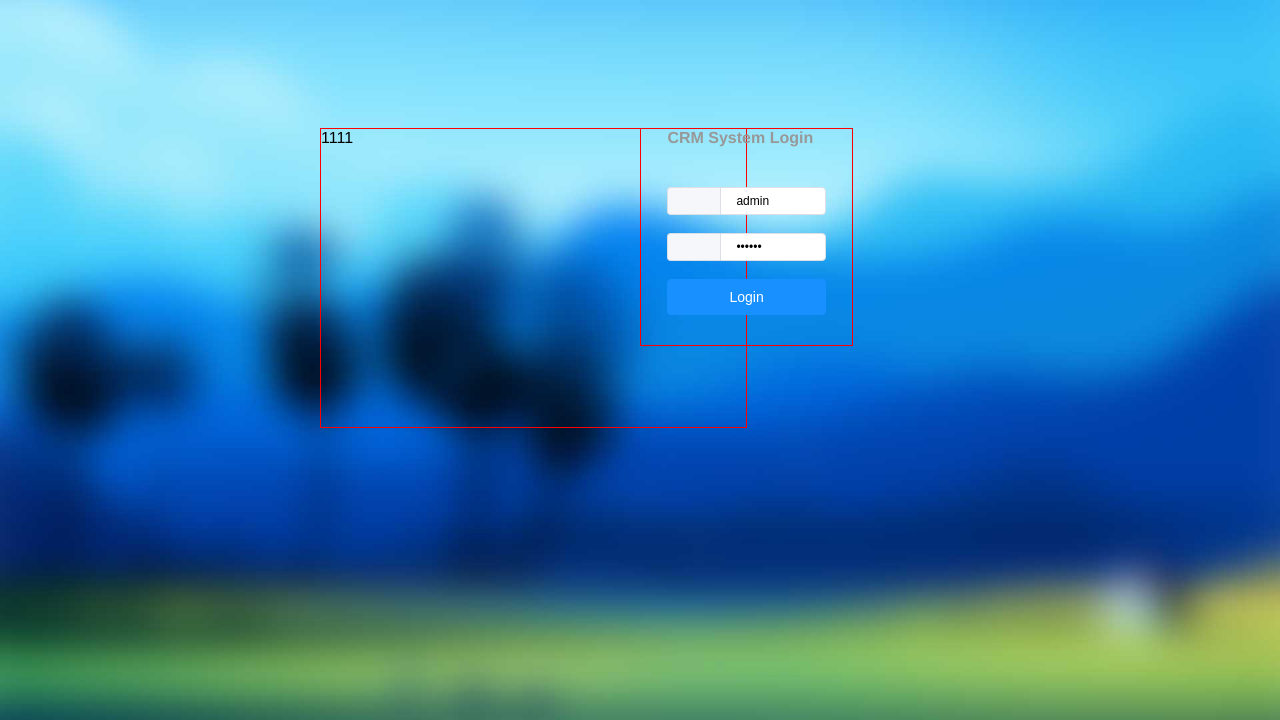
Repository: JasonMMM/ty-crm-sys
Page: /
The author's editor kept a copy of each file at every save. The page is drawn from the files as they stood at one save, then again after a run of saves.
The browser window is 1280 px wide. The pictures show the whole page.
The project was rebuilt for these pictures with package versions that can differ from the ones it lists, and the page was loaded fresh each time. Also part of the build but not shown: vue.config.js, src/components/RightPanel/index.vue, src/layout/components/AppMain.vue, src/utils/i18n.js, src/components/Breadcrumb/index.vue, src/components/Hamburger/index.vue, src/components/ErrorLog/index.vue, src/components/Screenfull/index.vue and 18 more.

Above is the page before, as saved 2020-07-24 09:16:03.

### src/styles/element-variables.scss
/**
* I think element-ui's default theme color is too light for long-term use.
* So I modified the default color and you can modify it to your liking.
**/

/* theme color */
$--color-primary: #1890ff;
$--color-success: #13ce66;
$--color-warning: #ffba00;
$--color-danger: #ff4949;
// $--color-info: #1E1E1E;

$--button-font-weight: 400;

// $--color-text-regular: #1f2d3d;

$--border-color-light: #dfe4ed;
$--border-color-lighter: #e6ebf5;

$--table-border: 1px solid #dfe6ec;

/* icon font path, required */
$--font-path: "~element-ui/lib/theme-chalk/fonts";

@import "~element-ui/packages/theme-chalk/src/index";

// the :export directive is the magic sauce for webpack
// https://www.bluematador.com/blog/how-to-share-variables-between-js-and-sass
:export {
  theme: $--color-primary;
}

### src/styles/index.scss
@import './variables.scss';
@import './mixin.scss';
@import './transition.scss';
@import './element-ui.scss';
@import './sidebar.scss';
@import './btn.scss';

body {
  height: 100%;
  -moz-osx-font-smoothing: grayscale;
  -webkit-font-smoothing: antialiased;
  text-rendering: optimizeLegibility;
  font-family: Helvetica Neue, Helvetica, PingFang SC, Hiragino Sans GB, Microsoft YaHei, Arial, sans-serif;
}

label {
  font-weight: 700;
}

html {
  height: 100%;
  box-sizing: border-box;
}

#app {
  height: 100%;
}

*,
*:before,
*:after {
  box-sizing: inherit;
}

.no-padding {
  padding: 0px !important;
}

.padding-content {
  padding: 4px 0;
}

a:focus,
a:active {
  outline: none;
}

a,
a:focus,
a:hover {
  cursor: pointer;
  color: inherit;
  text-decoration: none;
}

div:focus {
  outline: none;
}

.fr {
  float: right;
}

.fl {
  float: left;
}

.pr-5 {
  padding-right: 5px;
}

.pl-5 {
  padding-left: 5px;
}

.block {
  display: block;
}

.pointer {
  cursor: pointer;
}

.inlineBlock {
  display: block;
}

.clearfix {
  &:after {
    visibility: hidden;
    display: block;
    font-size: 0;
    content: " ";
    clear: both;
    height: 0;
  }
}

aside {
  background: #eef1f6;
  padding: 8px 24px;
  margin-bottom: 20px;
  border-radius: 2px;
  display: block;
  line-height: 32px;
  font-size: 16px;
  font-family: -apple-system, BlinkMacSystemFont, "Segoe UI", Roboto, Oxygen, Ubuntu, Cantarell, "Fira Sans", "Droid Sans", "Helvetica Neue", sans-serif;
  color: #2c3e50;
  -webkit-font-smoothing: antialiased;
  -moz-osx-font-smoothing: grayscale;

  a {
    color: #337ab7;
    cursor: pointer;

    &:hover {
      color: rgb(32, 160, 255);
    }
  }
}

//main-container全局样式
.app-container {
  padding: 20px;
}

.components-container {
  margin: 30px 50px;
  position: relative;
}

.pagination-container {
  margin-top: 30px;
}

.text-center {
  text-align: center
}

.sub-navbar {
  height: 50px;
  line-height: 50px;
  position: relative;
  width: 100%;
  text-align: right;
  padding-right: 20px;
  transition: 600ms ease position;
  background: linear-gradient(90deg, rgba(32, 182, 249, 1) 0%, rgba(32, 182, 249, 1) 0%, rgba(33, 120, 241, 1) 100%, rgba(33, 120, 241, 1) 100%);

  .subtitle {
    font-size: 20px;
    color: #fff;
  }

  &.draft {
    background: #d0d0d0;
  }

  &.deleted {
    background: #d0d0d0;
  }
}

.link-type,
.link-type:focus {
  color: #337ab7;
  cursor: pointer;

  &:hover {
    color: rgb(32, 160, 255);
  }
}

.filter-container {
  padding-bottom: 10px;

  .filter-item {
    display: inline-block;
    vertical-align: middle;
    margin-bottom: 10px;
  }
}

//refine vue-multiselect plugin
.multiselect {
  line-height: 16px;
}

.multiselect--active {
  z-index: 1000 !important;
}

### src/utils/error-log.js
import Vue from 'vue'
import store from '@/store'
import { isString, isArray } from '@/utils/validate'
import settings from '@/settings'

// you can set in settings.js
// errorLog:'production' | ['production', 'development']
const { errorLog: needErrorLog } = settings

function checkNeed() {
  const env = process.env.NODE_ENV
  if (isString(needErrorLog)) {
    return env === needErrorLog
  }
  if (isArray(needErrorLog)) {
    return needErrorLog.includes(env)
  }
  return false
}

if (checkNeed()) {
  Vue.config.errorHandler = function(err, vm, info, a) {
  // Don't ask me why I use Vue.nextTick, it just a hack.
  // detail see https://forum.vuejs.org/t/dispatch-in-vue-config-errorhandler-has-some-problem/23500
    Vue.nextTick(() => {
      store.dispatch('errorLog/addErrorLog', {
        err,
        vm,
        info,
        url: window.location.href
      })
      console.error(err, info)
    })
  }
}

### src/styles/mixin.scss
@mixin clearfix {
  &:after {
    content: "";
    display: table;
    clear: both;
  }
}

@mixin scrollBar {
  &::-webkit-scrollbar-track-piece {
    background: #d3dce6;
  }

  &::-webkit-scrollbar {
    width: 6px;
  }

  &::-webkit-scrollbar-thumb {
    background: #99a9bf;
    border-radius: 20px;
  }
}

@mixin relative {
  position: relative;
  width: 100%;
  height: 100%;
}

@mixin pct($pct) {
  width: #{$pct};
  position: relative;
  margin: 0 auto;
}

@mixin triangle($width, $height, $color, $direction) {
  $width: $width/2;
  $color-border-style: $height solid $color;
  $transparent-border-style: $width solid transparent;
  height: 0;
  width: 0;

  @if $direction==up {
    border-bottom: $color-border-style;
    border-left: $transparent-border-style;
    border-right: $transparent-border-style;
  }

  @else if $direction==right {
    border-left: $color-border-style;
    border-top: $transparent-border-style;
    border-bottom: $transparent-border-style;
  }

  @else if $direction==down {
    border-top: $color-border-style;
    border-left: $transparent-border-style;
    border-right: $transparent-border-style;
  }

  @else if $direction==left {
    border-right: $color-border-style;
    border-top: $transparent-border-style;
    border-bottom: $transparent-border-style;
  }
}

### src/styles/transition.scss
// global transition css

/* fade */
.fade-enter-active,
.fade-leave-active {
  transition: opacity 0.28s;
}

.fade-enter,
.fade-leave-active {
  opacity: 0;
}

/* fade-transform */
.fade-transform-leave-active,
.fade-transform-enter-active {
  transition: all .5s;
}

.fade-transform-enter {
  opacity: 0;
  transform: translateX(-30px);
}

.fade-transform-leave-to {
  opacity: 0;
  transform: translateX(30px);
}

/* breadcrumb transition */
.breadcrumb-enter-active,
.breadcrumb-leave-active {
  transition: all .5s;
}

.breadcrumb-enter,
.breadcrumb-leave-active {
  opacity: 0;
  transform: translateX(20px);
}

.breadcrumb-move {
  transition: all .5s;
}

.breadcrumb-leave-active {
  position: absolute;
}

### src/styles/element-ui.scss
// cover some element-ui styles

.el-breadcrumb__inner,
.el-breadcrumb__inner a {
  font-weight: 400 !important;
}

.el-upload {
  input[type="file"] {
    display: none !important;
  }
}

.el-upload__input {
  display: none;
}

.cell {
  .el-tag {
    margin-right: 0px;
  }
}

.small-padding {
  .cell {
    padding-left: 5px;
    padding-right: 5px;
  }
}

.fixed-width {
  .el-button--mini {
    padding: 7px 10px;
    min-width: 60px;
  }
}

.status-col {
  .cell {
    padding: 0 10px;
    text-align: center;

    .el-tag {
      margin-right: 0px;
    }
  }
}

// to fixed https://github.com/ElemeFE/element/issues/2461
.el-dialog {
  transform: none;
  left: 0;
  position: relative;
  margin: 0 auto;
}

// refine element ui upload
.upload-container {
  .el-upload {
    width: 100%;

    .el-upload-dragger {
      width: 100%;
      height: 200px;
    }
  }
}

// dropdown
.el-dropdown-menu {
  a {
    display: block
  }
}

// fix date-picker ui bug in filter-item
.el-range-editor.el-input__inner {
  display: inline-flex !important;
}

// to fix el-date-picker css style
.el-range-separator {
  box-sizing: content-box;
}

### src/styles/sidebar.scss
#app {

  .main-container {
    min-height: 100%;
    transition: margin-left .28s;
    margin-left: $sideBarWidth;
    position: relative;
  }

  .sidebar-container {
    transition: width 0.28s;
    width: $sideBarWidth !important;
    background-color: $menuBg;
    height: 100%;
    position: fixed;
    font-size: 0px;
    top: 0;
    bottom: 0;
    left: 0;
    z-index: 1001;
    overflow: hidden;

    // reset element-ui css
    .horizontal-collapse-transition {
      transition: 0s width ease-in-out, 0s padding-left ease-in-out, 0s padding-right ease-in-out;
    }

    .scrollbar-wrapper {
      overflow-x: hidden !important;
    }

    .el-scrollbar__bar.is-vertical {
      right: 0px;
    }

    .el-scrollbar {
      height: 100%;
    }

    &.has-logo {
      .el-scrollbar {
        height: calc(100% - 50px);
      }
    }

    .is-horizontal {
      display: none;
    }

    a {
      display: inline-block;
      width: 100%;
      overflow: hidden;
    }

    .svg-icon {
      margin-right: 16px;
    }

    .sub-el-icon {
      margin-right: 12px;
      margin-left: -2px;
    }

    .el-menu {
      border: none;
      height: 100%;
      width: 100% !important;
    }

    // menu hover
    .submenu-title-noDropdown,
    .el-submenu__title {
      &:hover {
        background-color: $menuHover !important;
      }
    }

    .is-active>.el-submenu__title {
      color: $subMenuActiveText !important;
    }

    & .nest-menu .el-submenu>.el-submenu__title,
    & .el-submenu .el-menu-item {
      min-width: $sideBarWidth !important;
      background-color: $subMenuBg !important;

      &:hover {
        background-color: $subMenuHover !important;
      }
    }
  }

  .hideSidebar {
    .sidebar-container {
      width: 54px !important;
    }

    .main-container {
      margin-left: 54px;
    }

    .submenu-title-noDropdown {
      padding: 0 !important;
      position: relative;

      .el-tooltip {
        padding: 0 !important;

        .svg-icon {
          margin-left: 20px;
        }

        .sub-el-icon {
          margin-left: 19px;
        }
      }
    }

    .el-submenu {
      overflow: hidden;

      &>.el-submenu__title {
        padding: 0 !important;

        .svg-icon {
          margin-left: 20px;
        }

        .sub-el-icon {
          margin-left: 19px;
        }

        .el-submenu__icon-arrow {
          display: none;
        }
      }
    }

    .el-menu--collapse {
      .el-submenu {
        &>.el-submenu__title {
          &>span {
            height: 0;
            width: 0;
            overflow: hidden;
            visibility: hidden;
            display: inline-block;
          }
        }
      }
    }
  }

  .el-menu--collapse .el-menu .el-submenu {
    min-width: $sideBarWidth !important;
  }

  // mobile responsive
  .mobile {
    .main-container {
      margin-left: 0px;
    }

    .sidebar-container {
      transition: transform .28s;
      width: $sideBarWidth !important;
    }

    &.hideSidebar {
      .sidebar-container {
        pointer-events: none;
        transition-duration: 0.3s;
        transform: translate3d(-$sideBarWidth, 0, 0);
      }
    }
  }

  .withoutAnimation {

    .main-container,
    .sidebar-container {
      transition: none;
    }
  }
}

// when menu collapsed
.el-menu--vertical {
  &>.el-menu {
    .svg-icon {
      margin-right: 16px;
    }
    .sub-el-icon {
      margin-right: 12px;
      margin-left: -2px;
    }
  }

  .nest-menu .el-submenu>.el-submenu__title,
  .el-menu-item {
    &:hover {
      // you can use $subMenuHover
      background-color: $menuHover !important;
    }
  }

  // the scroll bar appears when the subMenu is too long
  >.el-menu--popup {
    max-height: 100vh;
    overflow-y: auto;

    &::-webkit-scrollbar-track-piece {
      background: #d3dce6;
    }

    &::-webkit-scrollbar {
      width: 6px;
    }

    &::-webkit-scrollbar-thumb {
      background: #99a9bf;
      border-radius: 20px;
    }
  }
}

### src/styles/btn.scss
@import './variables.scss';

@mixin colorBtn($color) {
  background: $color;

  &:hover {
    color: $color;

    &:before,
    &:after {
      background: $color;
    }
  }
}

.blue-btn {
  @include colorBtn($blue)
}

.light-blue-btn {
  @include colorBtn($light-blue)
}

.red-btn {
  @include colorBtn($red)
}

.pink-btn {
  @include colorBtn($pink)
}

.green-btn {
  @include colorBtn($green)
}

.tiffany-btn {
  @include colorBtn($tiffany)
}

.yellow-btn {
  @include colorBtn($yellow)
}

.pan-btn {
  font-size: 14px;
  color: #fff;
  padding: 14px 36px;
  border-radius: 8px;
  border: none;
  outline: none;
  transition: 600ms ease all;
  position: relative;
  display: inline-block;

  &:hover {
    background: #fff;

    &:before,
    &:after {
      width: 100%;
      transition: 600ms ease all;
    }
  }

  &:before,
  &:after {
    content: '';
    position: absolute;
    top: 0;
    right: 0;
    height: 2px;
    width: 0;
    transition: 400ms ease all;
  }

  &::after {
    right: inherit;
    top: inherit;
    left: 0;
    bottom: 0;
  }
}

.custom-button {
  display: inline-block;
  line-height: 1;
  white-space: nowrap;
  cursor: pointer;
  background: #fff;
  color: #fff;
  -webkit-appearance: none;
  text-align: center;
  box-sizing: border-box;
  outline: 0;
  margin: 0;
  padding: 10px 15px;
  font-size: 14px;
  border-radius: 4px;
}

### src/views/login/index.vue
<template>
  <div class="login-container">
    <img class="login-bg-img" src="@/assets/images/login/blur/morning_blur.jpg" alt="">
    <el-row class="login-container-row">
      <el-col :sm="8" :offset="6" class="hidden-sm-and-down">
        <div class="login-left-col">
          1111
        </div>
      </el-col>
      <el-col :sm="{span: 4, pull: 2}" :xs="{span: 20, offset: 2}" class="login-right-col">
        <el-form
          ref="loginForm"
          :model="loginForm"
          :rules="loginRules"
          class="login-form"
          autocomplete="on"
          label-position="left"
          size="mini"
        >
          <el-col :sm="{span: 18, offset:3}">
            <!-- <div class="title-logo">
              <img src="@/assets/images/tianyi_logo_png.png" alt="">
            </div> -->
            <div class="title-container">
              <h3 class="title">{{ $t('login.title') }}</h3>
              <lang-select class="set-language" />
            </div>
            <el-form-item prop="username">
              <el-input
                ref="username"
                v-model="loginForm.username"
                :placeholder="$t('login.username')"
                name="username"
                type="text"
                autocomplete="on"
              >
                <template slot="prepend">
                  <svg-icon icon-class="user" />
                </template>
              </el-input>
            </el-form-item>

            <el-tooltip v-model="capsTooltip" content="大写已打开" placement="right" manual>
              <el-form-item prop="password">
                <el-input
                  :key="passwordType"
                  ref="password"
                  v-model="loginForm.password"
                  :type="passwordType"
                  :placeholder="$t('login.password')"
                  name="password"
                  tabindex="2"
                  autocomplete="on"
                  @keyup.native="checkCapslock"
                  @blur="capsTooltip = false"
                  @keyup.enter.native="handleLogin"
                >
                  <template slot="prepend">
                    <svg-icon icon-class="password" />
                  </template>
                </el-input>
                <span class="show-pwd" @click="showPwd">
                  <svg-icon :icon-class="passwordType === 'password' ? 'eye' : 'eye-open'" />
                </span>
              </el-form-item>
            </el-tooltip>

            <el-button
              :loading="loading"
              type="primary"
              style="width:100%;margin-bottom:30px;"
              @click.native.prevent="handleLogin"
            >{{ $t('login.logIn') }}</el-button>
          </el-col>
        </el-form>
      </el-col>
    </el-row>
  </div>
</template>

<script>
import { validUsername } from "@/utils/validate";
import LangSelect from "@/components/LangSelect";
import SocialSign from "./components/SocialSignin";

export default {
  name: "Login",
  components: { LangSelect, SocialSign },
  data() {
    return {
      loginForm: {
        username: "admin",
        password: "111111",
      },
      loginRules: {
        username: [
          { required: true, trigger: "change", message: "请输入用户名"},
        ],
        password: [
          { required: true, trigger: "blur", message: "请输入密码"},
        ],
      },
      passwordType: "password",
      capsTooltip: false,
      loading: false,
      showDialog: false,
      redirect: undefined,
      otherQuery: {},
    };
  },
  watch: {
    $route: {
      handler: function (route) {
        const query = route.query;
        if (query) {
          this.redirect = query.redirect;
          this.otherQuery = this.getOtherQuery(query);
        }
      },
      immediate: true,
    },
  },
  created() {
    // window.addEventListener('storage', this.afterQRScan)
  },
  mounted() {
    if (this.loginForm.username === "") {
      this.$refs.username.focus();
    } else if (this.loginForm.password === "") {
      this.$refs.password.focus();
    }
  },
  destroyed() {
    // window.removeEventListener('storage', this.afterQRScan)
  },
  methods: {
    checkCapslock(e) {
      const { key } = e;
      this.capsTooltip = key && key.length === 1 && key >= "A" && key <= "Z";
    },
    showPwd() {
      if (this.passwordType === "password") {
        this.passwordType = "";
      } else {
        this.passwordType = "password";
      }
      this.$nextTick(() => {
        this.$refs.password.focus();
      });
    },
    handleLogin() {
      this.$refs.loginForm.validate((valid) => {
        if (valid) {
          this.loading = true;
          this.$store
            .dispatch("user/login", this.loginForm)
            .then(() => {
              this.$router.push({
                path: this.redirect || "/",
                query: this.otherQuery,
              });
              this.loading = false;
            })
            .catch(() => {
              this.loading = false;
            });
        } else {
          console.log("error submit!!");
          return false;
        }
      });
    },
    getOtherQuery(query) {
      return Object.keys(query).reduce((acc, cur) => {
        if (cur !== "redirect") {
          acc[cur] = query[cur];
        }
        return acc;
      }, {});
    },
  },
};
</script>

<style lang="scss">
/* 修复input 背景不协调 和光标变色 */
/* Detail see https://github.com/PanJiaChen/vue-element-admin/pull/927 */

$bg: #283443;
$light_gray: #fff;
$dark_gray: #000000;
$cursor: #fff;

@supports (-webkit-mask: none) and (not (cater-color: $cursor)) {
  .login-container .el-input input {
    color: $cursor;
  }
}

/* reset element-ui css */
.login-container {
  .el-input {
    input {
      color: $dark_gray;
      caret-color: $dark_gray;
    }
  }
  .login-bg-img {
    z-index: 1;
    position: absolute;
    width: 100%;
    height: 100%;
  }
}
</style>

<style lang="scss" scoped>
$bg: #ffffff;
$dark_gray: #000000;
$light_gray: #ffffff;
$row_bg: #000000;

.login-container {
  min-height: 100%;
  width: 100%;
  background-color: $bg;
  overflow: hidden;

  .login-container-row {
    height: 100%;
    position: relative;
    top: 0px;
    bottom: 0px;
    width: 100%;
    z-index: 999;
    margin-top: 8rem;
  }
  .login-left-col {
    border: 1px solid red;
    height: 300px;
  }
  .login-right-col {
        border: 1px solid red;
    // padding: 20px;
  }

  .login-form {
    position: relative;
    width: 520px;
    max-width: 100%;
    // padding: 160px 35px 0;
    margin: 0 auto;
    overflow: hidden;

    .title-logo {
      img{
        width: 200px;
      }
    }
  }

  .tips {
    font-size: 14px;
    color: #fff;
    margin-bottom: 10px;

    span {
      &:first-of-type {
        margin-right: 16px;
      }
    }
  }

  .svg-container {
    padding: 6px 5px 6px 15px;
    color: $dark_gray;
    vertical-align: middle;
    width: 30px;
    display: inline-block;
  }

  .title-container {
    position: relative;

    .title {
      font-size: 16px;
      color: #989898;
      margin: 0px auto 40px auto;
      text-align: left;
      font-weight: bold;
    }

    .set-language {
      color: #1890ff;
      position: absolute;
      top: 3px;
      font-size: 18px;
      right: 0px;
      cursor: pointer;
    }
  }

  .show-pwd {
    position: absolute;
    right: 10px;
    top: 2px;
    font-size: 16px;
    color: $dark_gray;
    cursor: pointer;
    user-select: none;
  }

  .thirdparty-button {
    position: absolute;
    right: 0;
    bottom: 6px;
  }

  @media only screen and (max-width: 470px) {
    .thirdparty-button {
      display: none;
    }
  }
}
</style>

### src/components/SvgIcon/index.vue
<template>
  <div v-if="isExternal" :style="styleExternalIcon" class="svg-external-icon svg-icon" v-on="$listeners" />
  <svg v-else :class="svgClass" aria-hidden="true" v-on="$listeners">
    <use :xlink:href="iconName" />
  </svg>
</template>

<script>
// doc: https://panjiachen.github.io/vue-element-admin-site/feature/component/svg-icon.html#usage
import { isExternal } from '@/utils/validate'

export default {
  name: 'SvgIcon',
  props: {
    iconClass: {
      type: String,
      required: true
    },
    className: {
      type: String,
      default: ''
    }
  },
  computed: {
    isExternal() {
      return isExternal(this.iconClass)
    },
    iconName() {
      return `#icon-${this.iconClass}`
    },
    svgClass() {
      if (this.className) {
        return 'svg-icon ' + this.className
      } else {
        return 'svg-icon'
      }
    },
    styleExternalIcon() {
      return {
        mask: `url(${this.iconClass}) no-repeat 50% 50%`,
        '-webkit-mask': `url(${this.iconClass}) no-repeat 50% 50%`
      }
    }
  }
}
</script>

<style scoped>
.svg-icon {
  width: 1em;
  height: 1em;
  vertical-align: -0.15em;
  fill: currentColor;
  overflow: hidden;
}

.svg-external-icon {
  background-color: currentColor;
  mask-size: cover!important;
  display: inline-block;
}
</style>

### src/components/LangSelect/index.vue
<template>
  <el-dropdown trigger="click" class="international" @command="handleSetLanguage">
    <div>
      <svg-icon class-name="international-icon" icon-class="language" />
    </div>
    <el-dropdown-menu slot="dropdown">
      <el-dropdown-item :disabled="language==='zh'" command="zh">
        中文
      </el-dropdown-item>
      <el-dropdown-item :disabled="language==='en'" command="en">
        English
      </el-dropdown-item>
      <el-dropdown-item :disabled="language==='es'" command="es">
        Español
      </el-dropdown-item>
      <el-dropdown-item :disabled="language==='ja'" command="ja">
        日本語
      </el-dropdown-item>
    </el-dropdown-menu>
  </el-dropdown>
</template>

<script>
export default {
  computed: {
    language() {
      return this.$store.getters.language
    }
  },
  methods: {
    handleSetLanguage(lang) {
      this.$i18n.locale = lang
      this.$store.dispatch('app/setLanguage', lang)
      this.$message({
        message: 'Switch Language Success',
        type: 'success'
      })
    }
  }
}
</script>

Loaded but not shown: public/index.html (common file); src/App.vue (common file); src/store/index.js (common file); src/router/index.js (common file); src/icons/index.js (common file); src/store/getters.js (common file); src/store/modules/errorLog.js (common file); src/store/modules/settings.js (common file); src/router/modules/charts.js (common file); src/utils/auth.js (common file); src/utils/get-page-title.js (common file); src/api/user.js (common file); src/utils/index.js (357 lines, source omitted); src/lang/es.js (175 lines, source omitted); src/lang/en.js (175 lines, source omitted); src/lang/ja.js (175 lines, source omitted); src/lang/zh.js (175 lines, source omitted); src/store/modules/tagsView.js (160 lines, source omitted); src/store/modules/user.js (131 lines, source omitted); src/router/modules/components.js (102 lines, source omitted); src/permission.js (74 lines, source omitted); src/utils/request.js (85 lines, source omitted); src/utils/validate.js (87 lines, source omitted); src/router/modules/nested.js (66 lines, source omitted); src/filters/index.js (68 lines, source omitted); src/store/modules/app.js (65 lines, source omitted); src/store/modules/permission.js (69 lines, source omitted); src/lang/index.js (55 lines, source omitted); src/main.js (54 lines, source omitted); src/router/modules/table.js (41 lines, source omitted); src/settings.js (42 lines, source omitted)

After the next 2 saves:
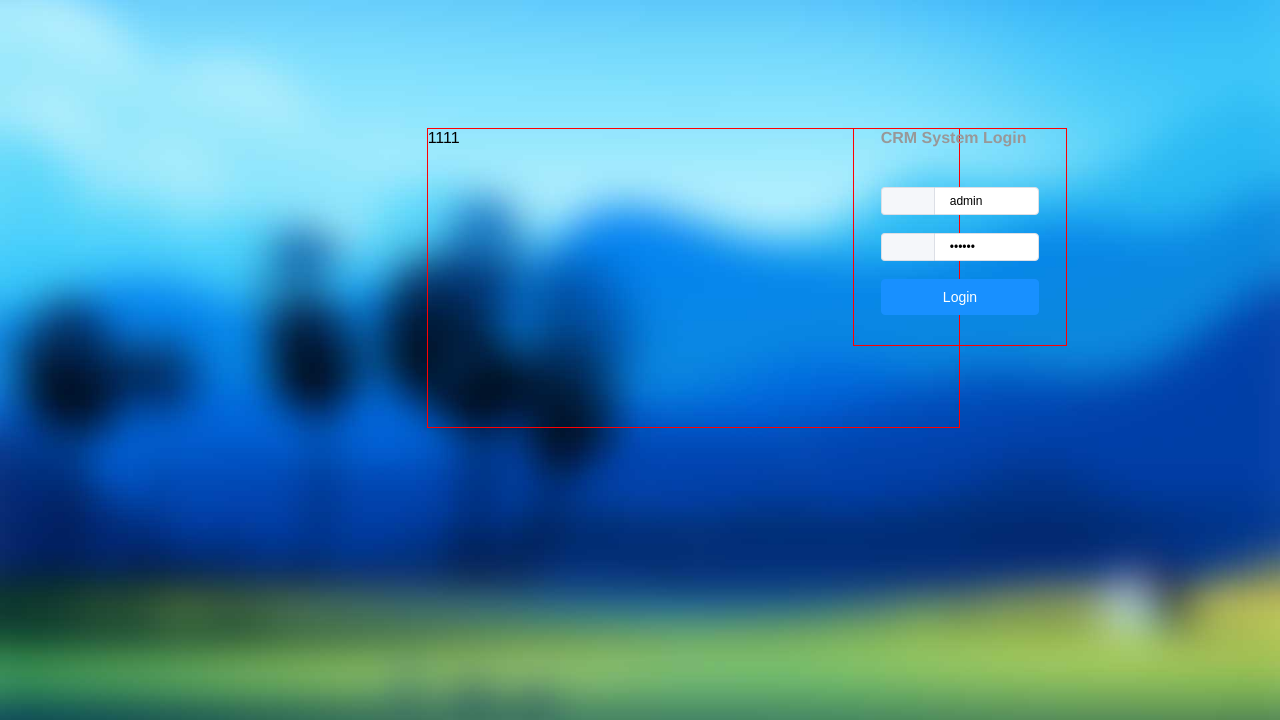
The 2 saves are shown as one change because they came seconds apart.
The last was saved 14 s later.
--- a/src/views/login/index.vue
+++ b/src/views/login/index.vue
@@ -2,7 +2,7 @@
   <div class="login-container">
     <img class="login-bg-img" src="@/assets/images/login/blur/morning_blur.jpg" alt="">
     <el-row class="login-container-row">
-      <el-col :sm="8" :offset="6" class="hidden-sm-and-down">
+      <el-col :sm="10" :offset="8" class="hidden-sm-and-down">
         <div class="login-left-col">
           1111
         </div>
